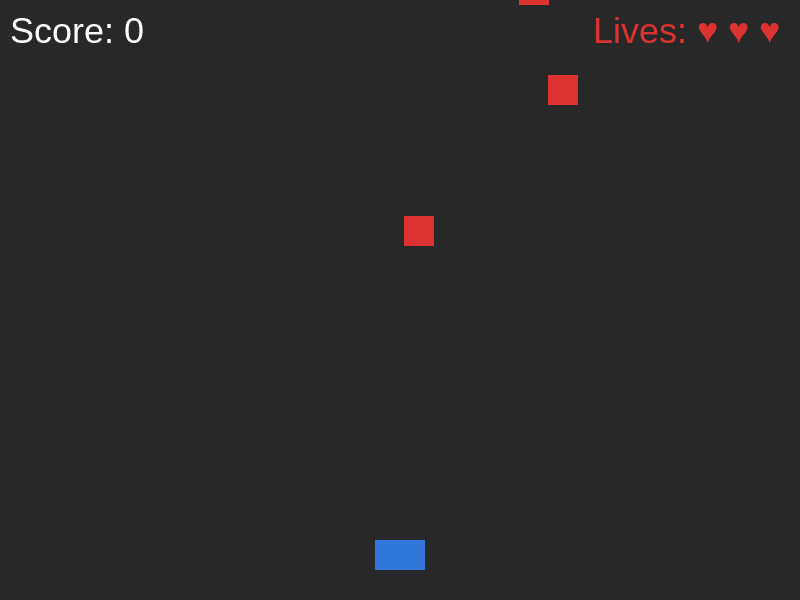
Repository: Magodang/20260181
Script's output: python week5fd/week5.py
An editor plug-in stored every save of this project. The script's output is shown before and after the next save, followed by the edit.
The window is shown after at most 60 frames with no key pressed. A system font it names is replaced by a similar one. Random numbers start from a fixed seed.

Above is the script's output before, as saved 2026-03-31 14:45:20.

### week5fd/week5.py
import pygame
import random
import sys

pygame.init()

def get_korean_font(size):
    candidates = ["malgungothic", "applegothic", "nanumgothic", "notosanscjk"]
    for name in candidates:
        font = pygame.font.SysFont(name, size)
        if font.get_ascent() > 0:
            return font
    return pygame.font.SysFont(None, size)

WIDTH, HEIGHT = 800, 600
FPS = 60

WHITE  = (255, 255, 255)
BLUE   = (50, 120, 220)
RED    = (220, 50, 50)
GRAY   = (40, 40, 40)

screen = pygame.display.set_mode((WIDTH, HEIGHT))
pygame.display.set_caption("Dodger")
clock = pygame.time.Clock()
font = get_korean_font(36)
font_big = get_korean_font(72)

PLAYER_W, PLAYER_H = 50, 30
ENEMY_W,  ENEMY_H  = 30, 30

SPAWN_DELAY = 20
MIN_SPEED = 5
MAX_SPEED = 8

def spawn_enemy(score):
    rand = random.random()

    # ===== 빠른 소형 적 (최우선 조건) =====
    if score >= 120 and rand < 0.05:
        w = int(ENEMY_W * 0.7)
        h = int(ENEMY_H * 0.7)
        speed = int(random.randint(MIN_SPEED, MAX_SPEED) * 1.5)
        enemy_type = "fast"

    # ===== 거대 적 =====
    elif score >= 50 and rand < 0.03:
        w = ENEMY_W * 4
        h = ENEMY_H * 4
        speed = int(random.randint(MIN_SPEED, MAX_SPEED) * 0.5)
        enemy_type = "big"

    # ===== 기본 적 =====
    else:
        w = ENEMY_W
        h = ENEMY_H
        speed = random.randint(MIN_SPEED, MAX_SPEED)
        enemy_type = "normal"

    x = random.randint(0, WIDTH - w)
    return pygame.Rect(x, -h, w, h), speed, enemy_type


def draw_hud(score, lives):
    screen.blit(font.render(f"Score: {score}", True, WHITE), (10, 10))

    life_text = font.render(f"Lives: {'♥ ' * lives}", True, RED)
    screen.blit(life_text, (WIDTH - life_text.get_width() - 10, 10))


def game_over_screen(score):
    screen.fill(GRAY)
    screen.blit(font_big.render("GAME OVER", True, RED), (220, 220))
    screen.blit(font.render(f"Score: {score}", True, WHITE), (350, 310))
    screen.blit(font.render("R: Restart   Q: Quit", True, WHITE), (270, 360))
    pygame.display.flip()
    while True:
        for e in pygame.event.get():
            if e.type == pygame.QUIT:
                pygame.quit(); sys.exit()
            if e.type == pygame.KEYDOWN:
                if e.key == pygame.K_r: return True
                if e.key == pygame.K_q: pygame.quit(); sys.exit()


def main():
    player = pygame.Rect(WIDTH // 2 - PLAYER_W // 2, HEIGHT - 60, PLAYER_W, PLAYER_H)
    enemies = []
    score = 0
    lives = 3
    spawn_timer = 0
    invincible = 0

    while True:
        clock.tick(FPS)

        for e in pygame.event.get():
            if e.type == pygame.QUIT:
                pygame.quit(); sys.exit()

        keys = pygame.key.get_pressed()
        if keys[pygame.K_LEFT]  and player.left  > 0:     player.x -= 5
        if keys[pygame.K_RIGHT] and player.right < WIDTH: player.x += 5
        if keys[pygame.K_UP]    and player.top   > 0:     player.y -= 5
        if keys[pygame.K_DOWN]  and player.bottom < HEIGHT: player.y += 5

        spawn_timer += 1
        if spawn_timer >= SPAWN_DELAY:
            spawn_timer = 0
            rect, speed, etype = spawn_enemy(score)
            enemies.append([rect, speed, etype])

        survived = []
        for rect, speed, etype in enemies:
            rect.y += speed

            if rect.top < HEIGHT:
                survived.append([rect, speed, etype])
            else:
                # ===== 점수 처리 =====
                if etype == "big":
                    score += 5
                else:
                    score += 1

        enemies = survived

        if invincible > 0:
            invincible -= 1
        else:
            for rect, speed, etype in enemies:
                if player.colliderect(rect):
                    lives -= 1
                    invincible = 90
                    enemies.clear()
                    if lives <= 0:
                        if game_over_screen(score):
                            main()
                        return
                    break

        screen.fill(GRAY)

        blink = (invincible // 10) % 2 == 0
        if blink:
            pygame.draw.rect(screen, BLUE, player)

        # ===== 적 색상 구분 =====
        for rect, speed, etype in enemies:
            if etype == "big":
                pygame.draw.rect(screen, (255, 120, 120), rect)  # 연한 빨강
            elif etype == "fast":
                pygame.draw.rect(screen, (255, 255, 0), rect)    # 노랑
            else:
                pygame.draw.rect(screen, RED, rect)

        draw_hud(score, lives)
        pygame.display.flip()

main()

After the next save:
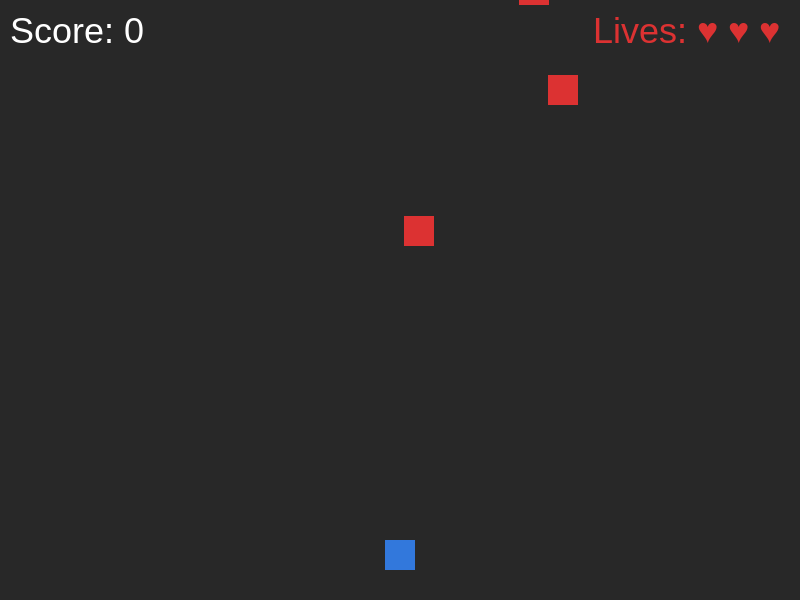
Saved 3 min 32 s later.
--- a/week5fd/week5.py
+++ b/week5fd/week5.py
@@ -26,7 +26,7 @@ clock = pygame.time.Clock()
 font = get_korean_font(36)
 font_big = get_korean_font(72)
 
-PLAYER_W, PLAYER_H = 50, 30
+PLAYER_W, PLAYER_H = 30, 30
 ENEMY_W,  ENEMY_H  = 30, 30
 
 SPAWN_DELAY = 20
@@ -36,14 +36,14 @@ MAX_SPEED = 8
 def spawn_enemy(score):
     rand = random.random()
 
-    # ===== 빠른 소형 적 (최우선 조건) =====
+    # ===== 120점 이상: 빠른 작은 적도 포함 =====
     if score >= 120 and rand < 0.05:
         w = int(ENEMY_W * 0.7)
         h = int(ENEMY_H * 0.7)
         speed = int(random.randint(MIN_SPEED, MAX_SPEED) * 1.5)
         enemy_type = "fast"
 
-    # ===== 거대 적 =====
+    # ===== 50점 이상: 큰 적 등장 =====
     elif score >= 50 and rand < 0.03:
         w = ENEMY_W * 4
         h = ENEMY_H * 4
@@ -120,6 +120,8 @@ def main():
                 # ===== 점수 처리 =====
                 if etype == "big":
                     score += 5
+                elif etype == "fast":
+                    score += 3
                 else:
                     score += 1
 
@@ -145,14 +147,9 @@ def main():
         if blink:
             pygame.draw.rect(screen, BLUE, player)
 
-        # ===== 적 색상 구분 =====
+        # ===== 모든 적 색상 빨간색 통일 =====
         for rect, speed, etype in enemies:
-            if etype == "big":
-                pygame.draw.rect(screen, (255, 120, 120), rect)  # 연한 빨강
-            elif etype == "fast":
-                pygame.draw.rect(screen, (255, 255, 0), rect)    # 노랑
-            else:
-                pygame.draw.rect(screen, RED, rect)
+            pygame.draw.rect(screen, RED, rect)
 
         draw_hud(score, lives)
         pygame.display.flip()
